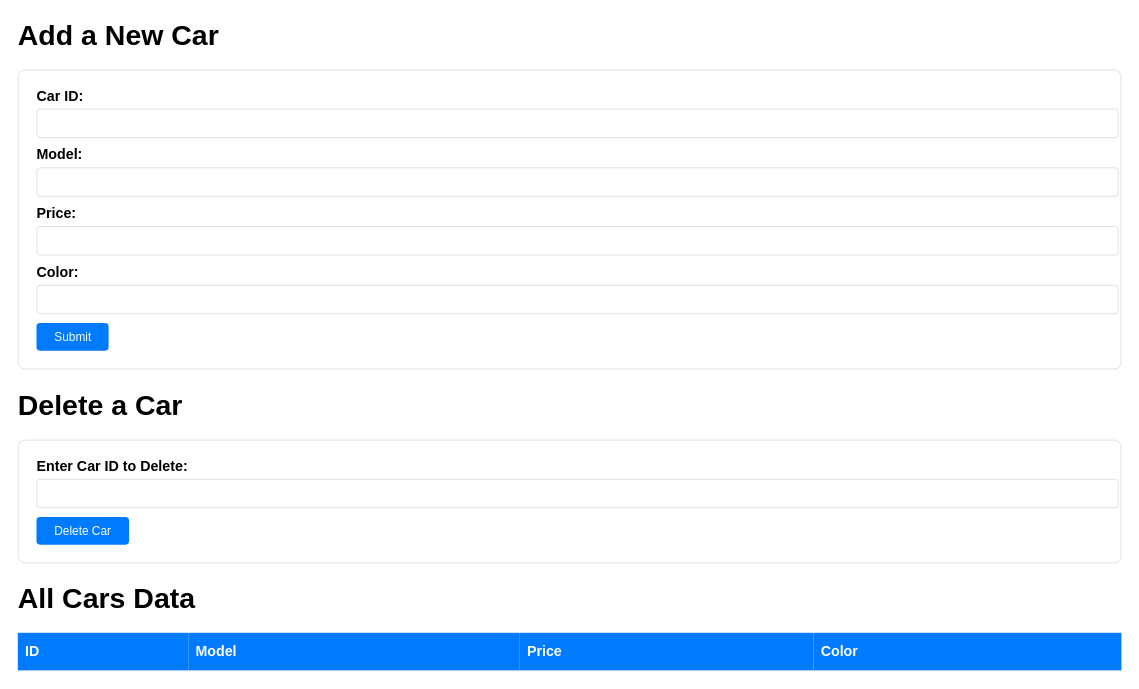
Repository: akshayambulgekar/TrainingProject
Page: Cars/Cars/src/main/resources/static/index.html
An editor plug-in stored every save of this project. The page is shown before and after the next save, followed by the edit.
The browser window is 1280 px wide. The pictures show the whole page, at 89% of full size.
The page's requests for data from a server got no answer.

Above is the page before, as saved 2023-07-25 11:15:34.

After the next save:
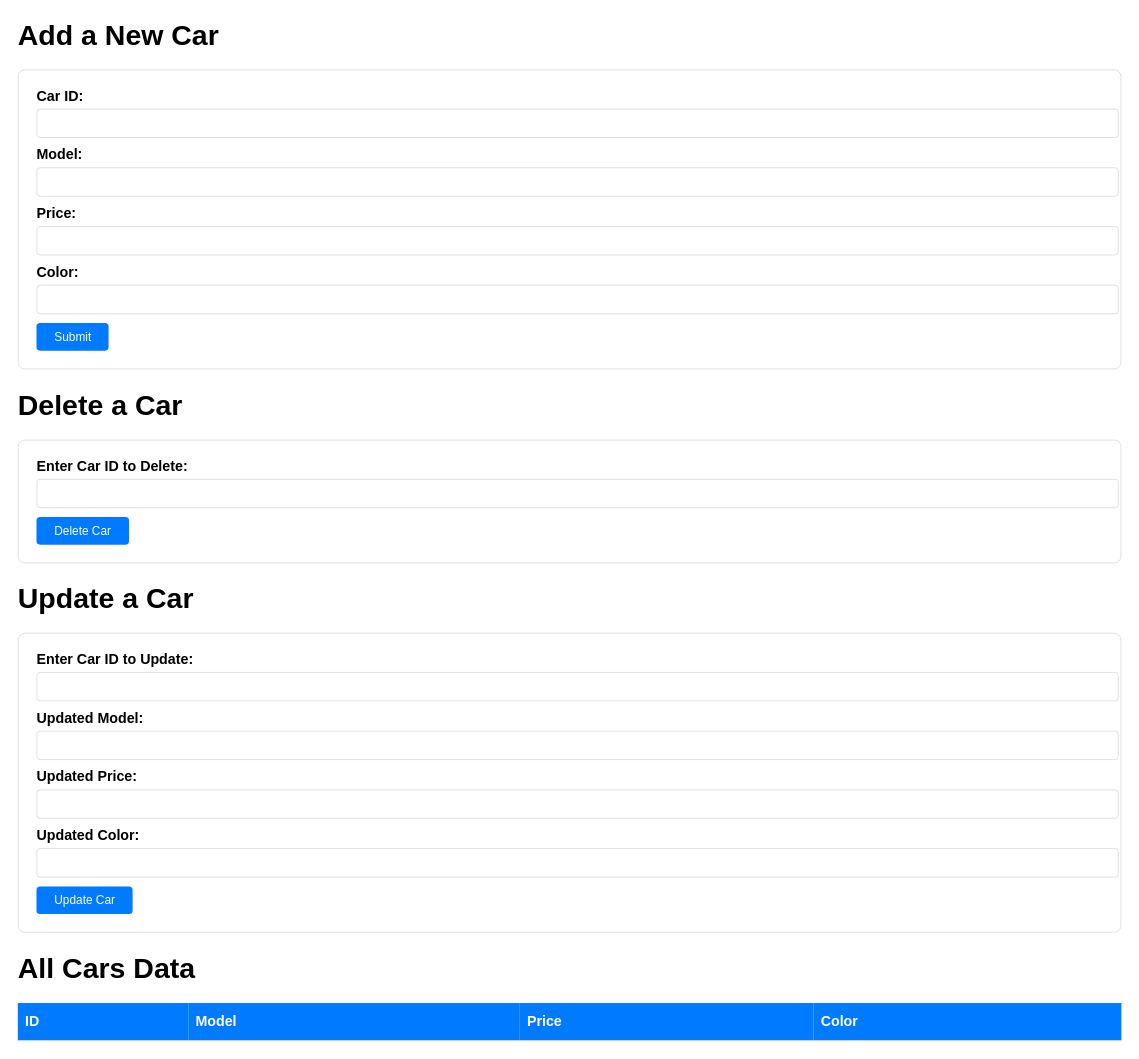
Saved 29 s later.
--- a/Cars/Cars/src/main/resources/static/index.html
+++ b/Cars/Cars/src/main/resources/static/index.html
@@ -93,6 +93,18 @@
         <button id="deleteButton" type="button">Delete Car</button>
     </form>
 
+    <h1>Update a Car</h1>
+<form id="updateForm">
+    <label for="carIdToUpdate">Enter Car ID to Update:</label>
+    <input type="number" id="carIdToUpdate" name="carIdToUpdate" required>
+    <label for="updatedModel">Updated Model:</label>
+    <input type="text" id="updatedModel" name="updatedModel" required>
+    <label for="updatedPrice">Updated Price:</label>
+    <input type="number" id="updatedPrice" name="updatedPrice" required>
+    <label for="updatedColor">Updated Color:</label>
+    <input type="text" id="updatedColor" name="updatedColor" required>
+    <button id="updateButton" type="button">Update Car</button>
+</form>
 
 
      <h1>All Cars Data</h1>
@@ -106,7 +118,8 @@
             </tr>
         </thead>
         <tbody>
-                    </tbody>
+
+       </tbody>
     </table>
 
     <!-- ... Same HTML code as before ... -->
